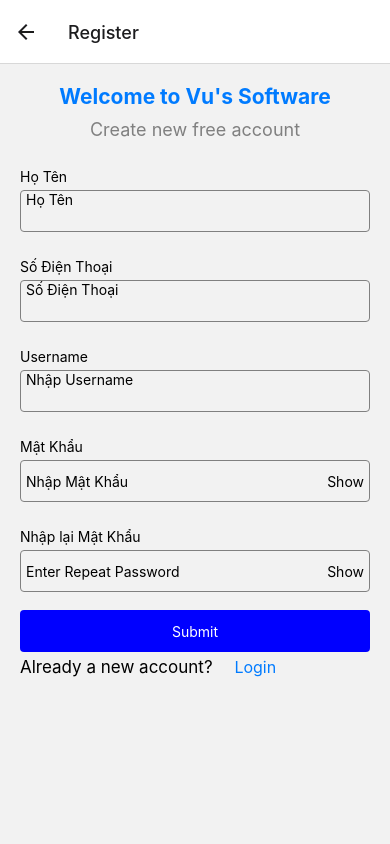
Repository: quangvucot/nntm
Screen: /Register
The author's editor kept a copy of each file at every save. The screen is drawn from the files as they stood at one save, then again after the next save.
The app was drawn by React Native's web renderer in a window 390 px wide. The project was rebuilt for these pictures with package versions that can differ from the ones it lists, and the page was loaded fresh each time. Also part of the build but not shown: src/components/Common/Icons/index.js, src/screens/Sensor/index.js, src/screens/Setting/index.js, src/navigations/HomeNavigator.js, src/navigations/SlideMenu/style.js, src/navigations/SlideMenu/index.js, src/navigations/DrawerNavigator.js, src/components/Common/Message/styles.js and 1 more.

Above is the screen before, as saved 2021-11-12 15:15:00.

After the next save:
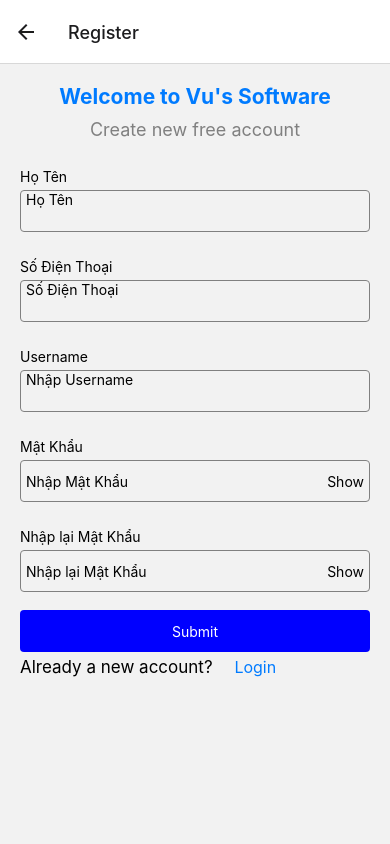
Saved 9 s later.
--- a/src/components/Signup/index.js
+++ b/src/components/Signup/index.js
@@ -75,7 +75,7 @@ const RegisterComponent = ({
             icon={<Text>Show</Text>}
             iconPosition="right"
             secureTextEntry={true}
-            placehoder="Enter Repeat Password"
+            placehoder="Nhập lại Mật Khẩu"
             onChangeText={() => {}}
           />
           {console.log("error1122", error)}
